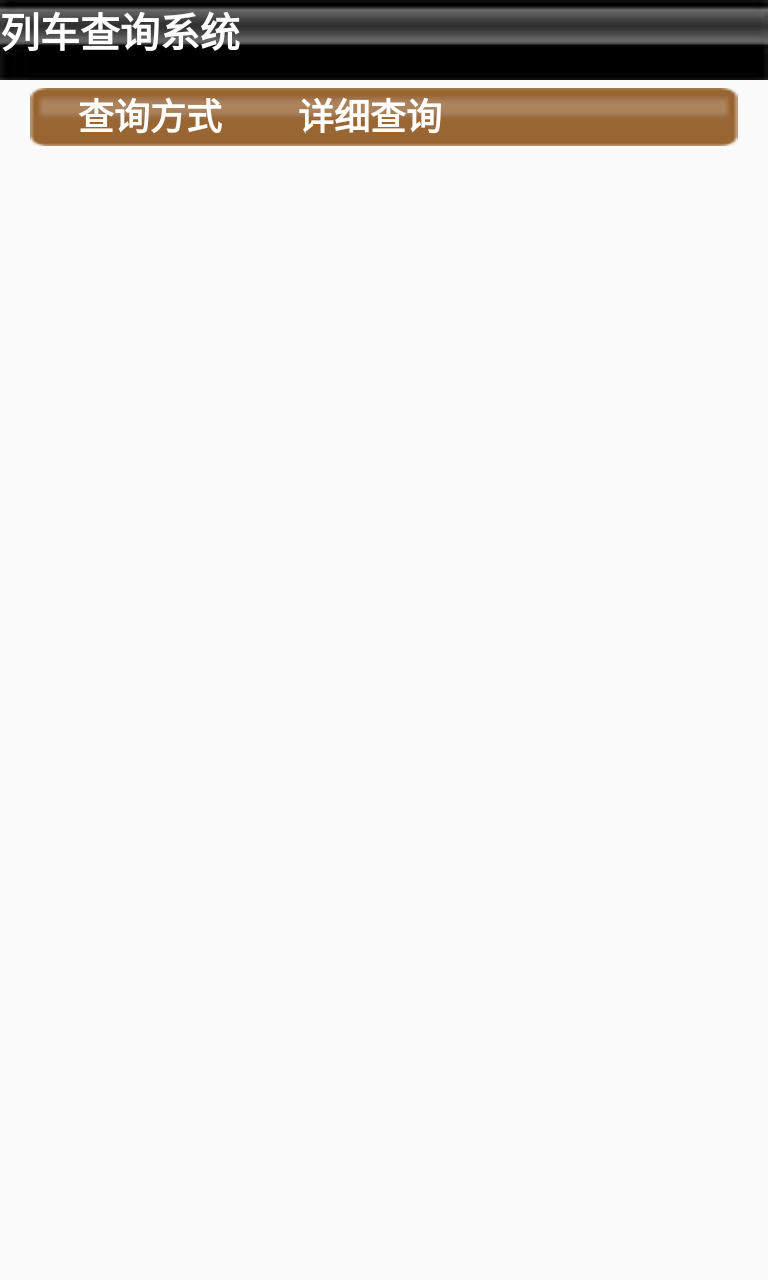
Repository: gogolaile/CoolWeather
Layout: Train_Qurey/res/layout/activity_main.xml
An editor plug-in stored every save of this project. The layout is shown before and after the next save, followed by the edit.
It is drawn on a 768 x 1280 px phone screen (xhdpi) without system bars, with theme AppTheme; the app's code is not run.

Above is the layout before, as saved 2015-11-28 07:21:44.

### Train_Qurey/res/layout/activity_main.xml
<LinearLayout xmlns:android="http://schemas.android.com/apk/res/android"
    android:layout_width="match_parent"
    android:layout_height="match_parent"
    android:orientation="vertical" >

    <FrameLayout
     android:layout_width="match_parent"
     android:layout_height="40dp"
     android:background="@drawable/title">
<TextView
    android:layout_width="wrap_content"
    android:layout_height="wrap_content"
    android:text = "@string/the_main_title"
    android:gravity="center"
    android:textSize="20sp"
    android:textColor="#FFFFFF"
    android:textStyle="bold"/>
</FrameLayout>
<LinearLayout
    android:layout_width="match_parent"
    android:layout_height="wrap_content"
    android:background="@drawable/navigator"
    android:layout_marginLeft="15dip"
    android:layout_marginRight="15dip"
    android:layout_marginTop="4dip"
    android:layout_marginBottom="4dip"
    android:orientation="horizontal">
   <TextView
       android:layout_width="100dip"
       android:layout_height="wrap_content"
       android:text="@string/the_query_way"
       android:textSize="18sp"
       android:textStyle="bold"
       android:textColor="#FFFFFF"
       android:gravity="center"
       android:layout_marginLeft="10dip"/>
   <TextView
       android:layout_width="100dip"
       android:layout_height="wrap_content"
       android:text="@string/detailed_query"
       android:textSize="18sp"
       android:textStyle="bold"
       android:textColor="#FFFFFF"
       android:gravity="center"
       android:layout_marginLeft="10dip"/>
</LinearLayout>

</LinearLayout>

### Train_Qurey/res/values/strings.xml
<?xml version="1.0" encoding="utf-8"?>
<resources>

    <string name="app_name">Train_Qurey</string>
    <string name="the_title">the title</string>
    <string name="the_main_title">列车查询系统</string>
    <string name="the_query_way">查询方式</string>
    <string name="detailed_query">详细查询</string>
</resources>

Loaded but not shown: Train_Qurey/res/values/styles.xml (common file); Train_Qurey/res/values-v11/styles.xml (common file); Train_Qurey/res/values-v14/styles.xml (common file)

After the next save:
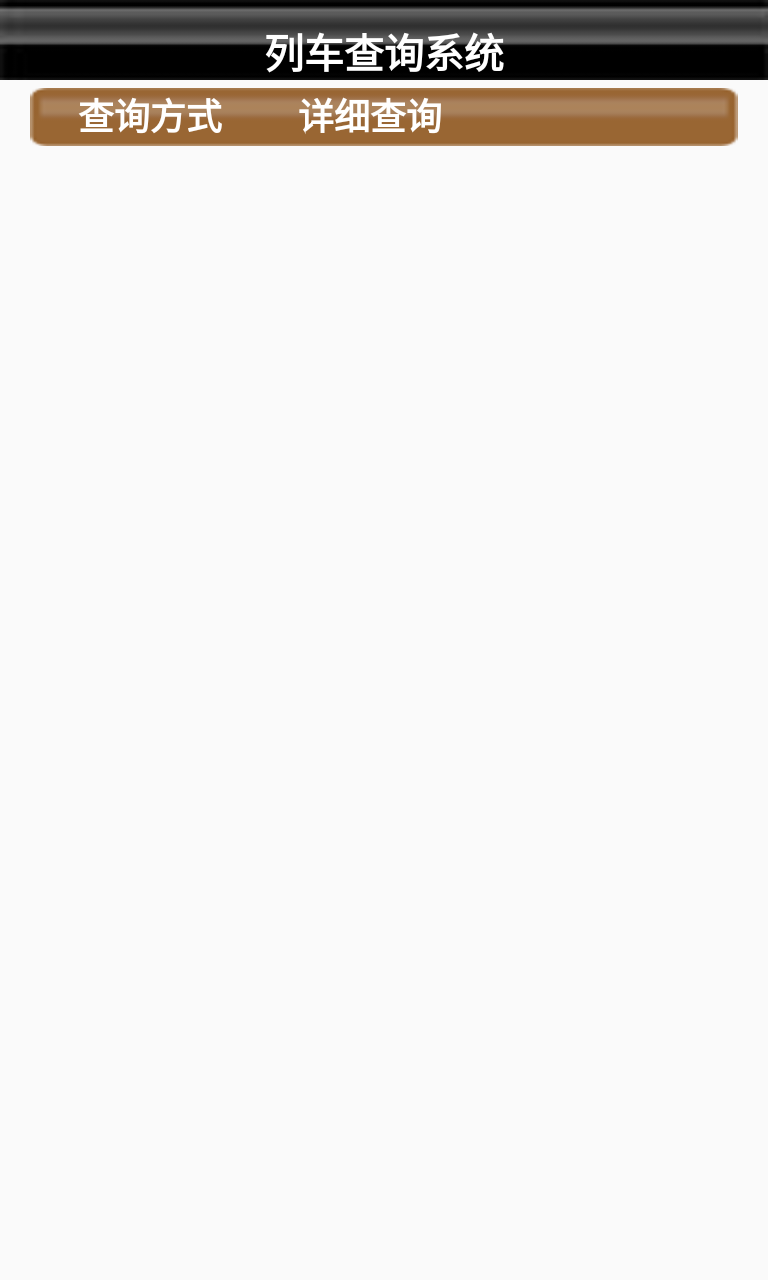
Saved 76 s later.
--- a/Train_Qurey/res/layout/activity_main.xml
+++ b/Train_Qurey/res/layout/activity_main.xml
@@ -8,10 +8,10 @@
      android:layout_height="40dp"
      android:background="@drawable/title">
 <TextView
-    android:layout_width="wrap_content"
-    android:layout_height="wrap_content"
+    android:layout_width="match_parent"
+    android:layout_height="match_parent"
     android:text = "@string/the_main_title"
-    android:gravity="center"
+    android:gravity="center_horizontal|bottom"
     android:textSize="20sp"
     android:textColor="#FFFFFF"
     android:textStyle="bold"/>
